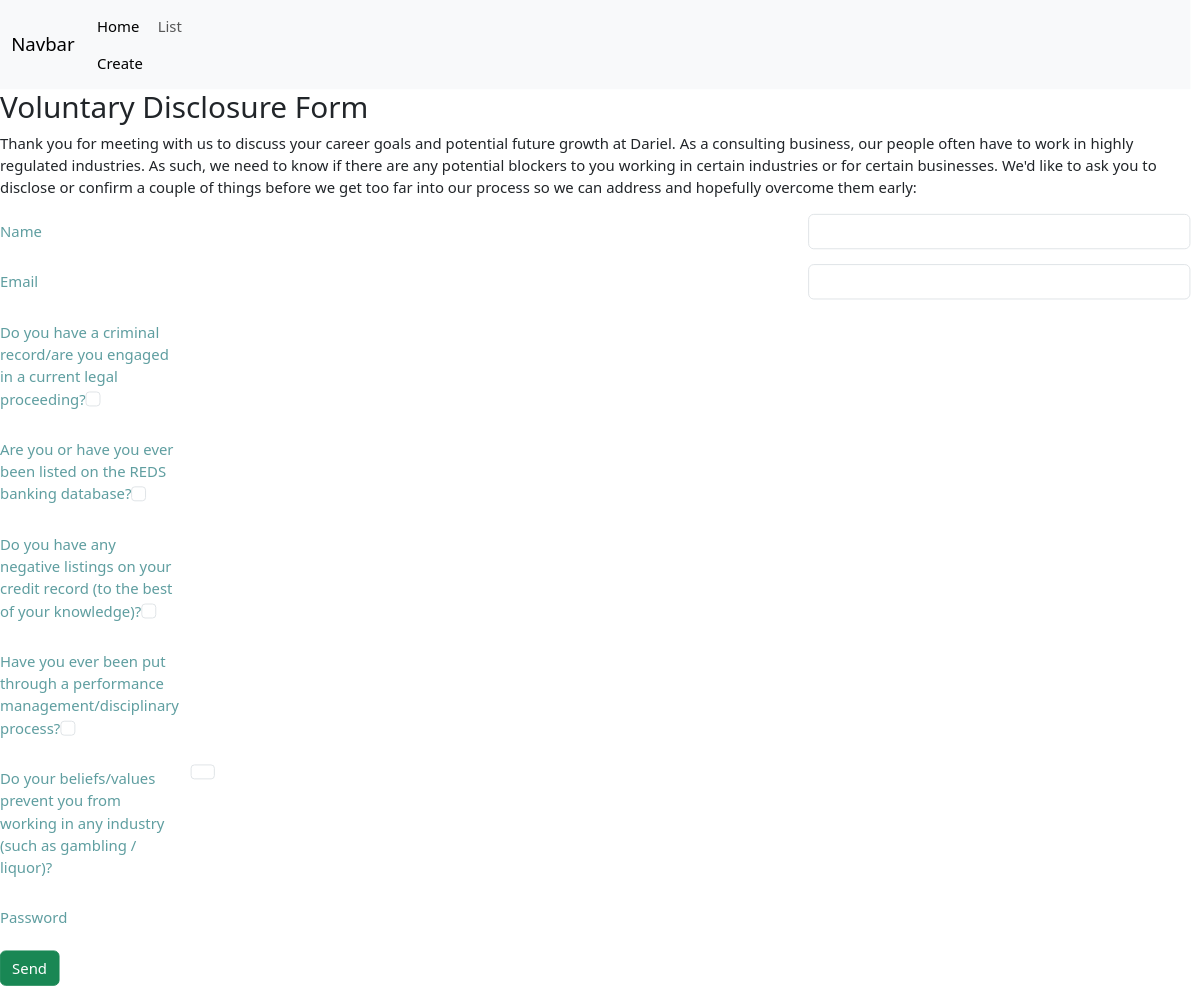
Repository: NtuthukoM/VoluntaryDisclosure
Page: / (app in disclosures-client/)
These files come from the project's save history. The page is drawn as it stood at one moment and after the next save; the edit follows.
The browser window is 1280 px wide. The page is 1292 px wide, so the pictures cover 1292 px, including what lies to the right of the window. The pictures show the whole page, at 93% of full size.
The project was rebuilt for these pictures with package versions that can differ from the ones it lists, and the page was loaded fresh each time. Also part of the build but not shown: disclosures-client/src/pages/ListDisclosures.js, disclosures-client/src/pages/DisclosureDetails.js, disclosures-client/src/pages/DisclosureSubmitted.js.

Above is the page before, as saved 2023-05-30 20:52:50.

After the next save:
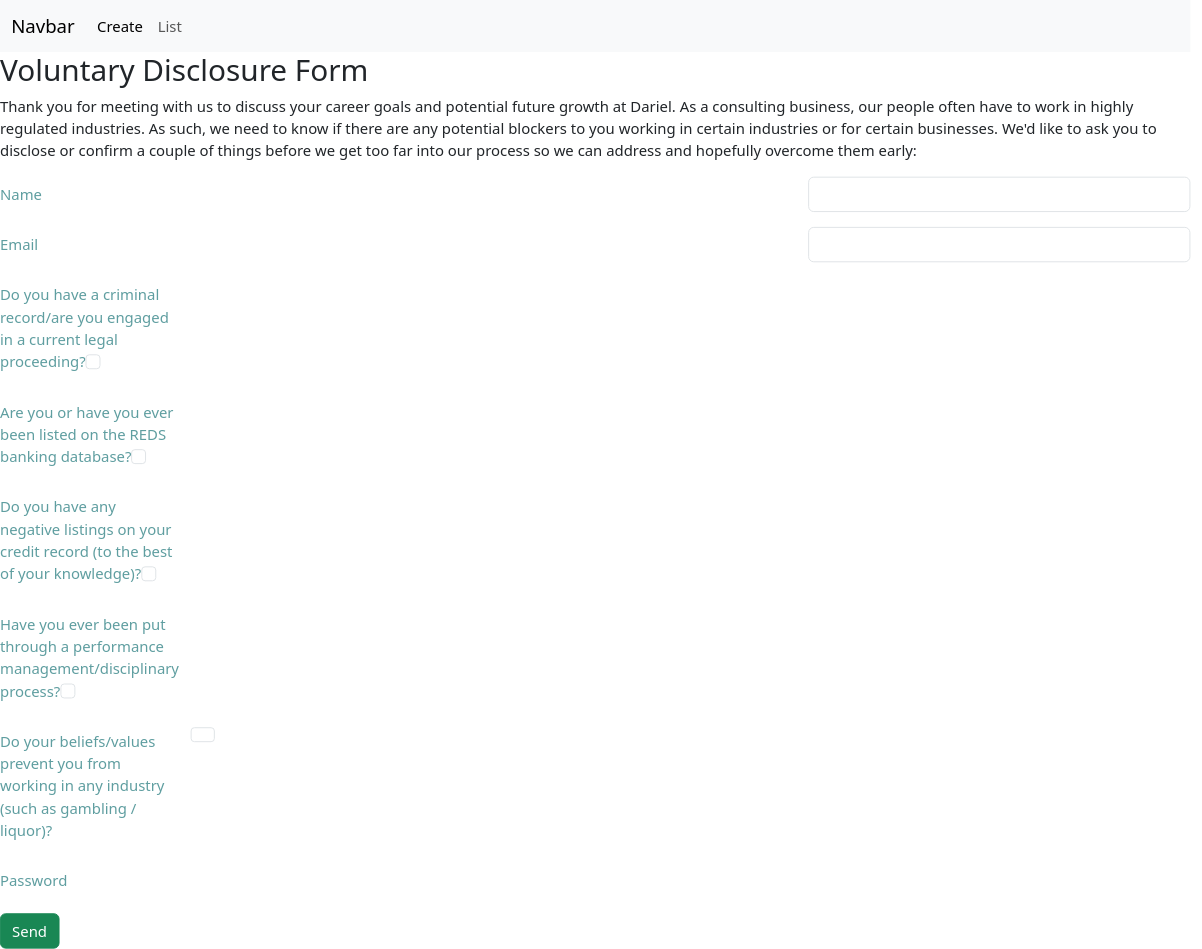
Saved 8 s later.
--- a/disclosures-client/src/components/nav.js
+++ b/disclosures-client/src/components/nav.js
@@ -16,7 +16,6 @@ export function Nav(){
     <div className="collapse navbar-collapse" id="navbarNav">
       <ul className="navbar-nav">
         <li className="nav-item">
-          <a className="nav-link active" aria-current="page" href="#">Home</a>
           <NavLink to="/" className={({isActive}) => isActive ? "active nav-link" : "nav-link"}>Create </NavLink>
         </li>
         <li className="nav-item">
